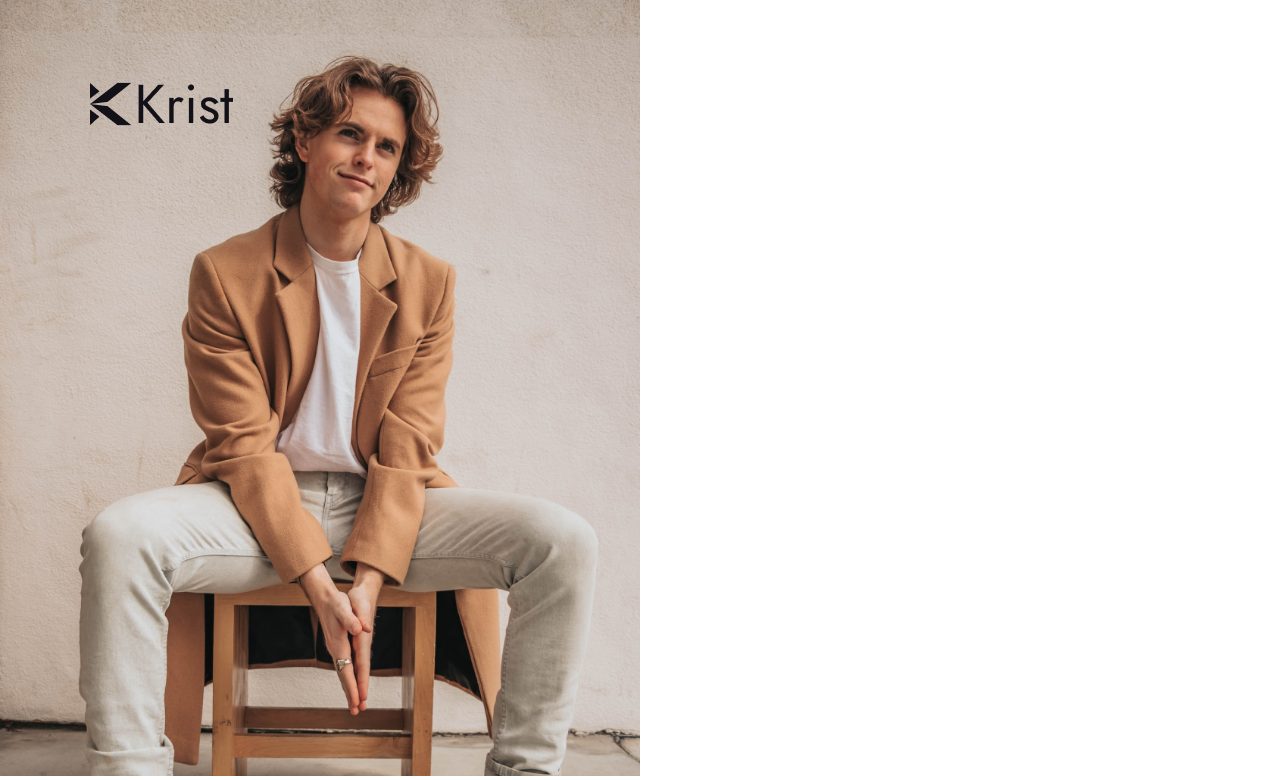
Repository: isaacCodes1/Krist-Website
Page: new-account.html
The author's editor kept a copy of each file at every save. The page is drawn from the files as they stood at one save, then again after the next save.
The browser window is 1280 px wide. The pictures show the whole page.

Above is the page before, as saved 2024-04-10 13:46:53.

### new-account.html
<!DOCTYPE html>
<html lang="en">
  <head>
    <meta charset="UTF-8" />
    <meta name="viewport" content="width=device-width, initial-scale=1.0" />
    <title>New Account</title>
    <link rel="stylesheet" href="style.css">
  </head>
  <body>
    <div class="image">
        <img src="/Assets/Rectangle 3463272 (1).png" alt="" />
      </div>
      <div class="logo">
        <a href="Home-page.html"><img src="/Assets/Group 56.png" alt="" /></a>
      </div>

      <form action="">
        <h1></h1>
      </form>
  </body>
</html>

### style.css
* {
  margin: 0;
  padding: 0;
  box-sizing: border-box;
  font-family: "Times New Roman", Times, serif;
  font-weight: 600;
}
.navBar {
  display: flex;
  align-items: center;
  margin-bottom: 40px;
  position: relative;
}
.navBar img {
  margin-left: 90px;
  padding-top: 20px;
  padding-right: 190px;
}
.logoItems ul {
  display: flex;
  list-style: none;
  padding-top: 20px;
  gap: 70px;
}
.logoItems ul li {
  font-size: 15px;
}
.logoItems ul li:hover {
  transform: scale(1.05);
  font-weight: 700;
}
.shop {
  position: relative;
}
.bx-down-arrow {
  position: absolute;
  left: 9000px;
}
.contact {
  position: relative;
}
.bx-search {
  position: absolute;
  right: 300px;
  top: 37px;
  font-size: 20px;
}
.bx-heart {
  position: absolute;
  right: 270px;
  top: 35px;
  font-size: 20px;
}
.bx-shopping-bag {
  position: absolute;
  right: 240px;
  top: 35px;
  font-size: 20px;
}
.bx-down-arrow {
  position: absolute;
  left: 570px;
  top: 40px;
}
.bx-right-arrow-alt {
  font-size: 15px;
}
.landingPage {
  display: flex;
  flex-direction: column;
  background: rgb(242, 243, 241);
  border-radius: 5 px;
  height: 620px;
  margin-bottom: 50px;
  margin-left: 50px;
  margin-right: 50px;
  position: relative;
}

.landingPageText {
  margin-top: 200px;
  margin-left: 150px;
  position: relative;
}
.landingPageText h1 {
  font-size: 42px;
  font-weight: 900;
}
.landingPage h2 {
  font-size: 85px;
  position: absolute;
  top: 500px;
  left: 30px;
  color: #e4e2e2;
}
.classic {
  font-size: 30px;
  font-weight: 500;
  margin-bottom: 10px;
}
.landingPageText p {
  font-size: 30px;
  font-weight: 400;
  margin-bottom: 20px;
}
button {
  padding: 12px 28px;
  background: #000;
  border: 1px;
  border-radius: 7px;
  transition: all 0.42s ease;
}
button a {
  text-decoration: none;
  font-size: 13px;
  color: #fff;
}
button:hover {
  color: #000;
  background: grey;
}
.landingPage img {
  width: 600px;
  position: absolute;
  top: 120px;
  right: 200px;
  background: transparent;
  height: 80%;
}
.login {
  padding: 12px 28px;
  background: #000;
  border: 1px;
  border-radius: 7px;
  margin-left: 800px;
  position: absolute;
  top: 25px;
}
.login a {
  text-decoration: none;
  font-size: 13px;
  color: #fff;
}
.cards {
  margin-bottom: 70px;
}
.cardstext {
  font-size: 30px;
  margin-left: 90px;
  padding-top: 60px;
  padding-bottom: 30px;
}
.cardsImg {
  display: flex;
  margin-left: 74px;
}
.cardsImg img {
  width: 300px;
  margin-left: 20px;
}
.as1 {
  position: relative;
}
.as2 {
  position: relative;
}
.as3 {
  position: relative;
}
.as4 {
  position: relative;
}
.a1 {
  font-size: 45px;
  color: #fff;
  position: absolute;
  top: 1000px;
  left: 150px;
}
.a2 {
  position: absolute;
  top: 1000px;
  font-size: 45px;
  color: #fff;
  left: 450px;
}
.a3 {
  position: absolute;
  top: 1000px;
  color: #fff;
  font-size: 45px;
  left: 800px;
}
.a4 {
  position: absolute;
  top: 1000px;
  color: #fff;
  font-size: 45px;
  left: 1100px;
}
.but1 {
  background: #fff;
  position: absolute;
  left: 140px;
  font-size: 20px;
  top: 1240px;
  padding: 10px 50px;
  transition: 1s ease-in-out;
}
.but1:hover {
  background: #000;
  color: #fff;
}
.but2 {
  background: #fff;
  position: absolute;
  left: 450px;
  font-size: 20px;
  top: 1240px;
  padding: 10px 50px;
  transition: 1s ease-in-out;
}
.but2:hover {
  background: #000;
  color: #fff;
}
.but3 {
  background: #fff;
  position: absolute;
  left: 780px;
  font-size: 20px;
  top: 1240px;
  padding: 10px 50px;
  transition: 1s ease-in-out;
}
.but3:hover {
  background: #000;
  color: #fff;
}
.but4 {
  background: #fff;
  position: absolute;
  left: 1100px;
  font-size: 20px;
  top: 1245px;
  padding: 8px 50px;
  transition: 1s ease-in-out;
}
.but4:hover {
  background: #000;
  color: #fff;
}
.clothes {
  margin-bottom: 170px;
}
.clothesText {
  text-align: center;
  font-size: 30px;
  margin-bottom: 30px;
}
.clothesImg {
  margin-left: 74px;
}
.clothesImg img {
  width: 300px;
  margin-left: 20px;
}
.sneakers {
  position: relative;
}
.sneakersText {
  position: absolute;
  left: 92px;
  font-size: 15px;
}
.road {
  font-weight: 700;
  font-size: 16px;
}
.cancel {
  left: 50px;
  position: absolute;
  bottom: 0px;
}
.bx-x {
  position: absolute;
  bottom: 0px;
  left: 45px;
  font-weight: 900;
  color: red;
}
.sneakers1 {
  position: relative;
}
.sneakersText1 {
  position: absolute;
  left: 420px;
  font-size: 15px;
}
.road1 {
  font-weight: 700;
  font-size: 16px;
}
.cancel1 {
  left: 50px;
  position: absolute;
  bottom: 0px;
}
.sneakers2 {
  position: relative;
}
.sneakersText2 {
  position: absolute;
  left: 740px;
  font-size: 15px;
}
.road2 {
  font-weight: 700;
  font-size: 16px;
}
.cancel2 {
  position: absolute;
  left: 50px;
  bottom: 0px;
}
.sneakers3 {
  position: relative;
}
.sneakersText3 {
  position: absolute;
  left: 1070px;
  font-size: 15px;
  margin-bottom: 50px;
}
.road3 {
  font-weight: 700;
  font-size: 16px;
}
.cancel3 {
  position: absolute;
  left: 50px;
  bottom: 0px;
}
.sneak {
  margin-bottom: 150px;
}
.deal {
  display: flex;
}
.deals {
  font-size: 30px;
  margin-bottom: 20px;
}
.dealsText {
  margin-left: 94px;
  position: relative;
}
.dealsImg {
  margin-left: 170px;
}
.timer1 {
  border: 1px solid #dbdbdb;
  color: #000;
  background: #fff;
  padding: 7px 9px;
  margin-left: 15px;
}
.timer1:hover {
  background: #fff;
}
.timer1h {
  font-size: 18px;
  font-weight: 700;
}
.pp {
  margin-bottom: 20px;
}
.butto {
  position: absolute;
  top: 231px;
  left: 16px;
}
.forms {
  position: relative;
}
.logo {
  display: flex;
  align-items: center;
  margin-bottom: 40px;
  position: absolute;
  bottom: 550px;
}
.logo img {
  margin-left: 90px;
  margin-top: 100px;
  padding-right: 190px;
}
.image {
  position: relative;
}
.image img {
  background-size: contain;
  width: 50%;
  height: 20%;
}
form {
  position: absolute;
  left: 800px;
  bottom: 300px;
}
form h1 {
  font-size: 40px;
  font-family: system-ui, -apple-system, BlinkMacSystemFont, "Segoe UI", Roboto,
    Oxygen, Ubuntu, Cantarell, "Open Sans", "Helvetica Neue", sans-serif;
  font-weight: bolder;
}
form p {
  color: #dbdbdb;
  font-family: system-ui, -apple-system, BlinkMacSystemFont, "Segoe UI", Roboto,
    Oxygen, Ubuntu, Cantarell, "Open Sans", "Helvetica Neue", sans-serif;
  margin-bottom: 20px;
}
.email {
  position: absolute;
  top: 95px;
}
.inpute {
  position: relative;
  padding-right: 170px;
  padding-left: 10px;
  padding-top: 7px;
  padding-bottom: 7px;
  border-radius: 5px;
  outline: none;
  border: 1px solid #000;
  margin-top: 30px;
}
.inputp {
  position: relative;
  padding-right: 170px;
  padding-left: 10px;
  padding-top: 7px;
  padding-bottom: 7px;
  border-radius: 5px;
  outline: none;
  border: 1px solid #000;
  margin-top: 30px;
  margin-bottom: 20px;
}
.inpute::placeholder {
  font-size: 12px;
}
#place::placeholder {
  font-size: 20px;
  color: #000;
}
.password {
  position: absolute;
  top: 155px;
}
.check {
  position: absolute;
  top: 220px;
  left: 2px;
}
.label1 {
  margin-left: 20px;
  position: absolute;
  top: 220px;
}
.forgot {
  color: #000;
  position: absolute;
  left: 210px;
  font-size: 10px;
  top: 220px;
}
.log {
  position: absolute;
  color: #000;
  background: #fff;
  border: 1px solid black;
  font-family: system-ui, -apple-system, BlinkMacSystemFont, "Segoe UI", Roboto,
    Oxygen, Ubuntu, Cantarell, "Open Sans", "Helvetica Neue", sans-serif;
    left: 800px;
    bottom: 250px;
    padding: 10px 140px;
    border-radius: 7px;
    transition: 1s ease-in-out  ;
}
.log:hover{
  background: #000;
  color: #fff;
}
.lo{
  position: absolute;
  color: #000;
  background: #fff;
  border: 1px solid black;
  font-family: system-ui, -apple-system, BlinkMacSystemFont, "Segoe UI", Roboto,
    Oxygen, Ubuntu, Cantarell, "Open Sans", "Helvetica Neue", sans-serif;
    left: 800px;
    bottom: 180px;
    padding: 10px 110px;
    border-radius: 7px;
    transition: 1s ease-in-out  ;
}
.or{
  position: absolute;
  left: 800px;
  bottom: 220px;
}
.lo:hover{
  background: #000;
  color: #fff;
}

After the next save:
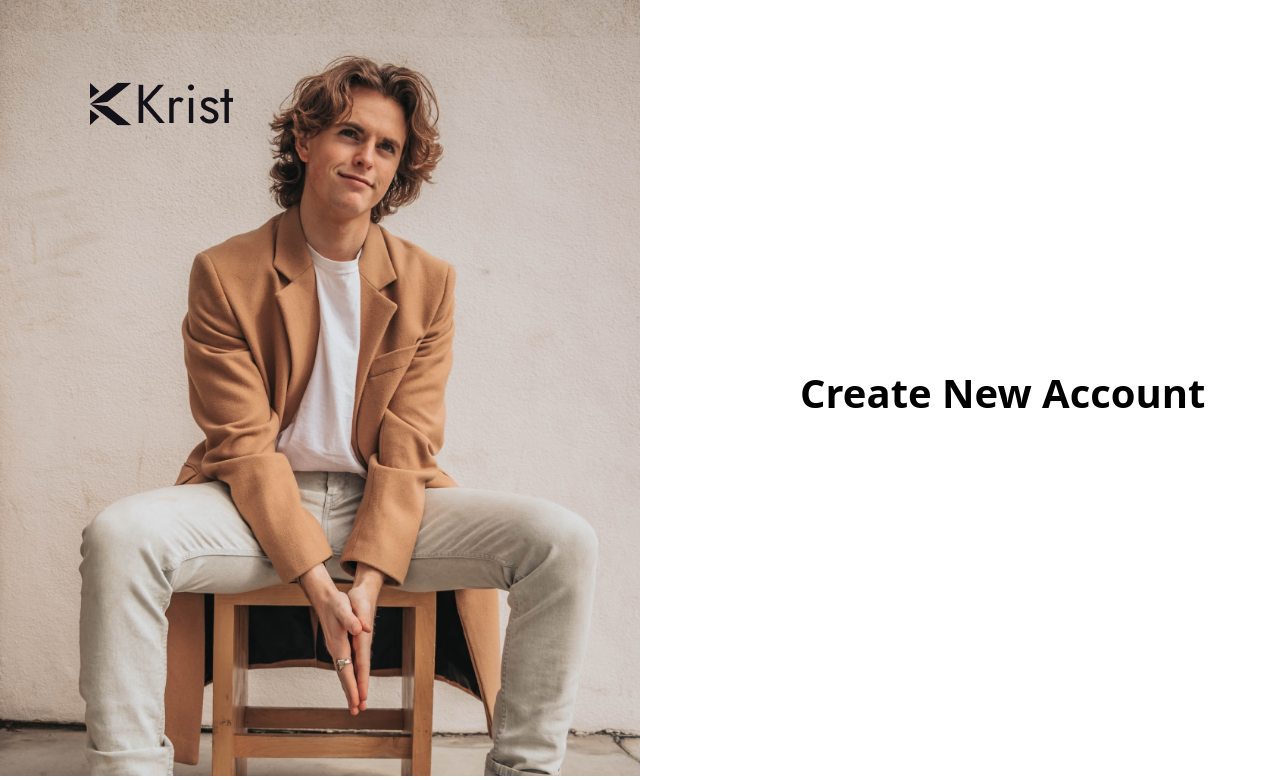
Saved 7 s later.
--- a/new-account.html
+++ b/new-account.html
@@ -15,7 +15,7 @@
       </div>
 
       <form action="">
-        <h1></h1>
+        <h1>Create New Account</h1>
       </form>
   </body>
 </html>
